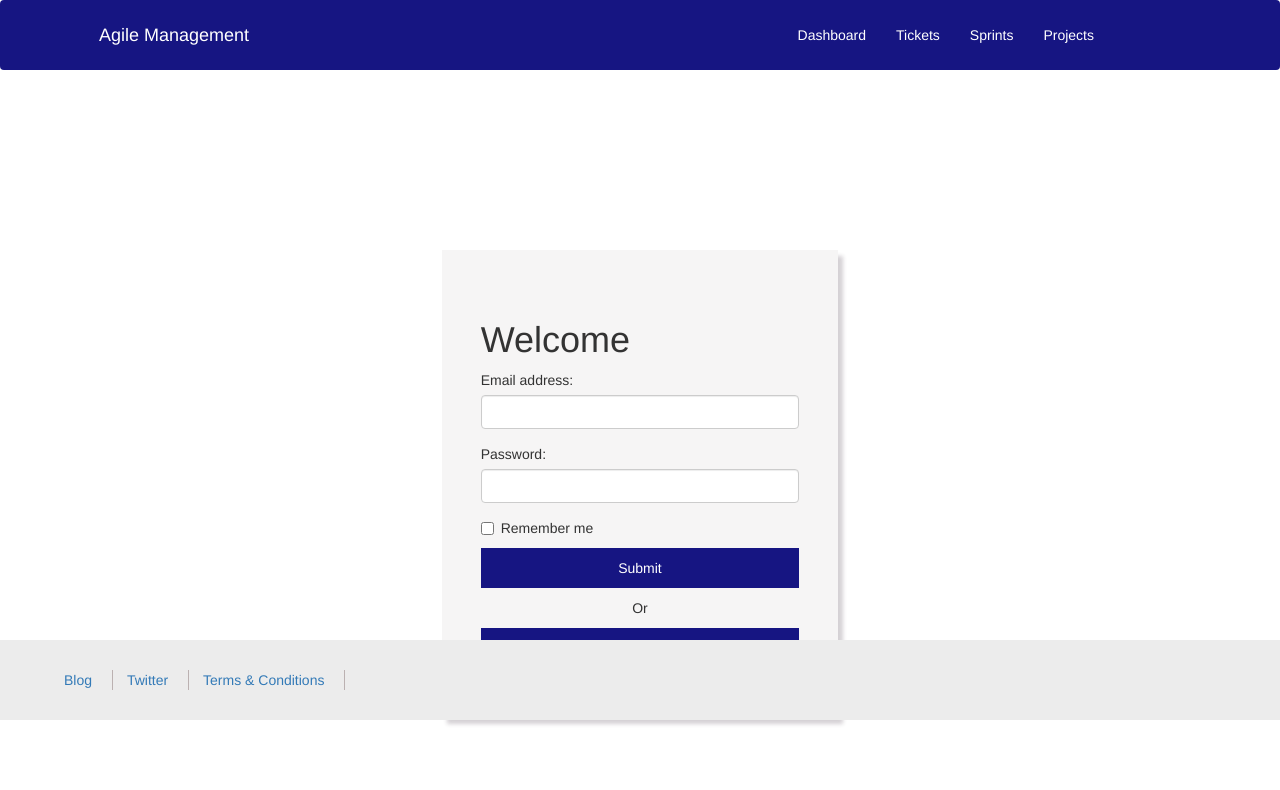
Repository: princexavier/agil
Page: http://localhost/Agile/login.jsp
The author's editor kept a copy of each file at every save. The page is drawn from the files as they stood at one save, then again after the next save.
The browser window is 1280 px wide. The pictures show the whole page.
Some web libraries are served in a nearby version. The page is served by Tomcat 9.

Above is the page before, as saved 2018-01-19 08:37:30.

After the next save:
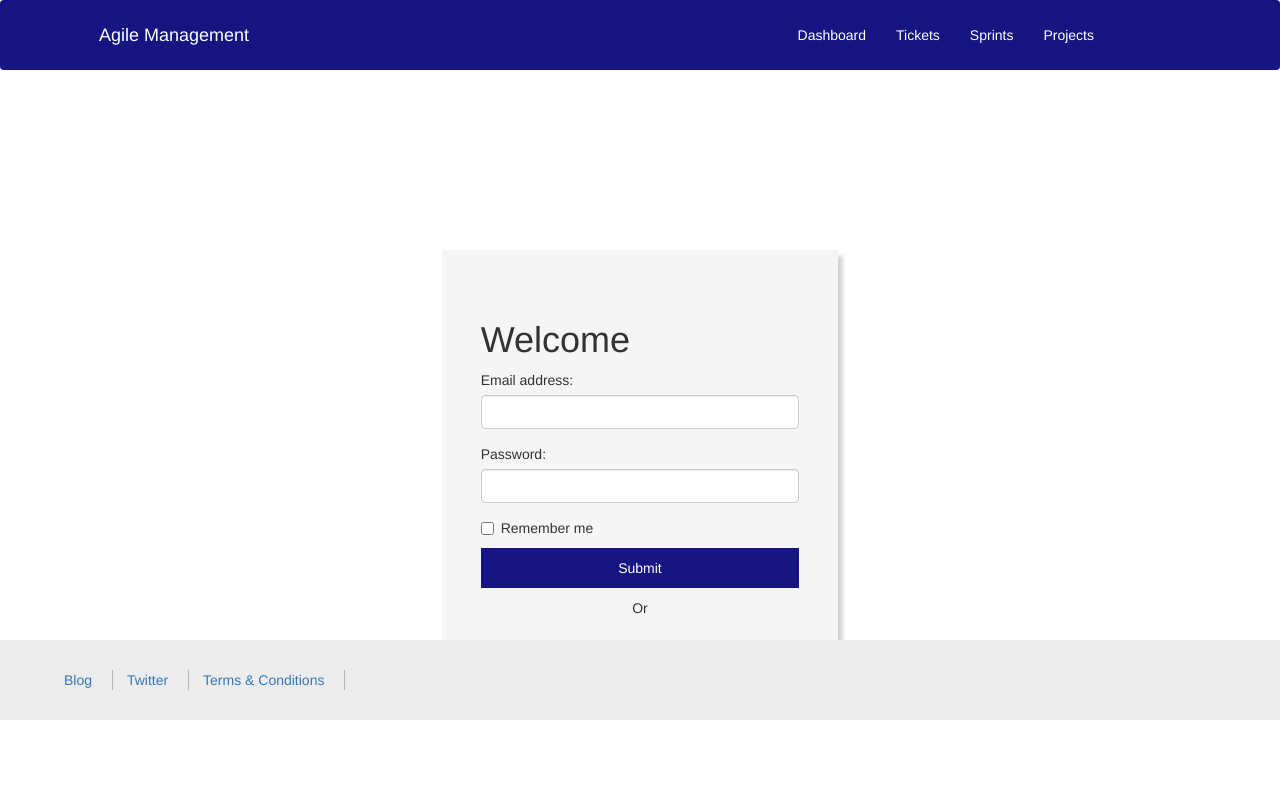
Saved 23 s later.
--- a/workspace/Agile/WebContent/login.jsp
+++ b/workspace/Agile/WebContent/login.jsp
@@ -58,9 +58,9 @@
 					<input type="submit"
 						style="padding: 10px 0px; border: none; width: 100%; background: #161582; color: #fff;">
 					<span style="display:block;text-align:center;padding:10px;">Or</span>
-					<input type="submit"value="Register Here"
+				</form>
+				<input type="submit"value="Register Here"
 						style="padding: 10px 0px; border: none; width: 100%; background: #161582; color: #fff;">
-				</form>
 			</div>
 			<div class="col-md-4"></div>
 		</div>
